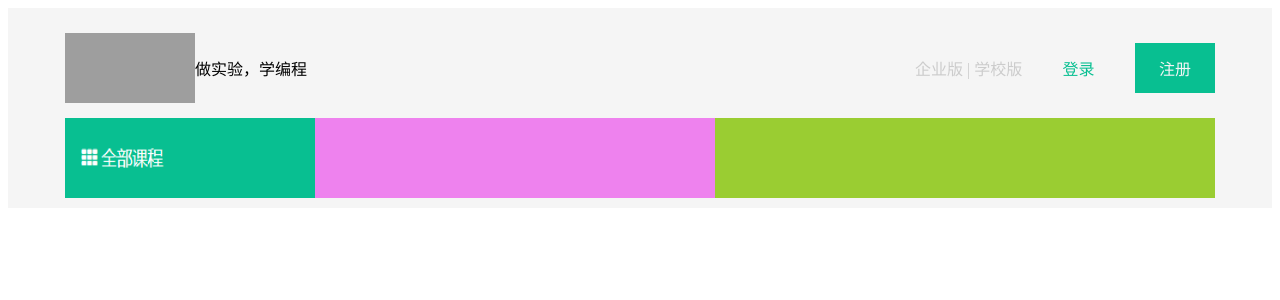
Repository: wuguozheng/xxbb
Page: /
An editor plug-in stored every save of this project. The page is shown before and after the next save, followed by the edit.
The browser window is 1280 px wide. The pictures show the whole page.
Pictures or frames that could not be fetched are drawn as grey boxes. The project was rebuilt for these pictures with package versions that can differ from the ones it lists, and the page was loaded fresh each time.

Above is the page before, as saved 2020-06-01 13:39:52.

### src/App.vue
<template>
  <div id="app">

    <router-view/>
  </div>
</template>

<style lang="scss">

</style>

### src/views/Home.vue
<template>
 <div>
    <mxs1></mxs1>
 </div>
</template>

<script>
import Mxs1 from '../components/home/Mxs1'
 export default {
   name: '',
   props: {
   },
   components: {
     Mxs1,
   },
   data () {
     return {

     }
   },
   methods: {

   },
   mounted() {

   },
   watch: {

   },
   computed: {

   }
 }
</script>

<style scoped lang='scss'>

</style>

### src/components/home/Mxs1.vue
<template>
  <div>
    <div class="rap">
      <div class="rap-1">
        <div class="left">
          <img
            data-v-7629dae3
            src="https://static.shiyanlou.com/frontend/dist/img/9f43b00.svg"
            alt="实验楼"
            width="130"
            height="70"
          />
          <div>做实验，学编程</div>
        </div>
        <div class="rap-2">
          <div class="timi-1">企业版 | 学校版</div>
          <div class="timi-2">登录</div>
          <div class="timi">注册</div>
        </div>
      </div>
      <div class="run">
        <div class="run-1">
          <img src="../home/QQ截图20200601133655.png" alt="" width="250" height="80">
        </div>
      </div>
    </div>
  </div>
</template>

<script>
export default {
  name: "",
  props: {},
  components: {},
  data() {
    return {};
  },
  methods: {},
  mounted() {},
  watch: {},
  computed: {}
};
</script>

<style scoped lang='scss'>
.rap {
  width: 100%;
  height: 200px;
  background: whitesmoke;
  display: flex;
  justify-content: center;
  align-items: center;
  flex-direction: column;
}
.rap-1 {
  width: 1150px;
  height: 100px;
  background: transparent;
  position: relative;
  display: flex;
  justify-content: center;
  align-items: center;
}
.left {
  position: absolute;
  left: 0;
  display: flex;
  justify-content: center;
  align-items: center;
}
.rap-2 {
  display: flex;
  width: 300px;
  height: 100px;
  background: transparent;
  justify-content: space-between;
  align-items: center;
  position: absolute;
  right: 0;
}
.timi {
  width: 80px;
  height: 50px;
  background: rgb(8, 191, 145);
  display: flex;
  justify-content: center;
  align-items: center;
  color: whitesmoke;
  &:hover {
    cursor: pointer;
  }
}
.timi-1 {
  color: #ccc;
  &:hover {
    cursor: pointer;
    color: rgb(8, 191, 145);
  }
}
.timi-2 {
  color: rgb(8, 191, 145);
  &:hover {
    cursor: pointer;
    color: #ccc;
  }
}
.run {
  width: 1150px;
  height: 80px;
  background: yellowgreen;
}
.run-1 {
  width: 650px;
  height: 80px;
  background: violet;
}
</style>

Loaded but not shown: src/main.js (common file); src/router/index.js (common file); src/store/index.js (common file)

After the next save:
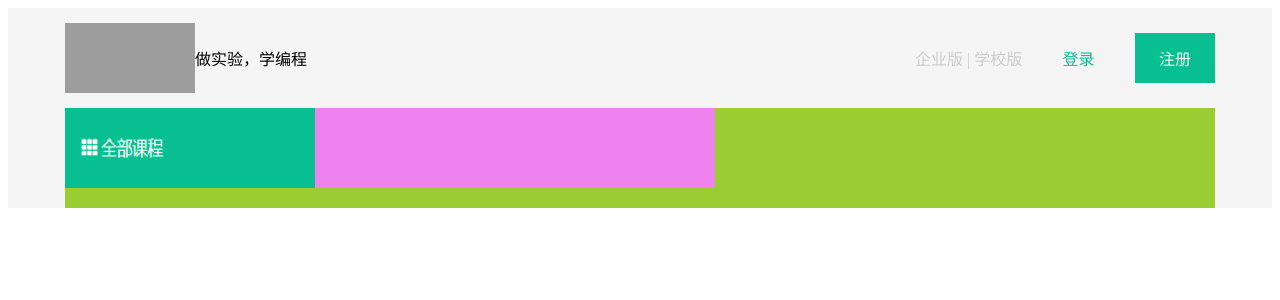
Saved 3 min 19 s later.
--- a/src/components/home/Mxs1.vue
+++ b/src/components/home/Mxs1.vue
@@ -106,7 +106,7 @@ export default {
 }
 .run {
   width: 1150px;
-  height: 80px;
+  height: 100px;
   background: yellowgreen;
 }
 .run-1 {
